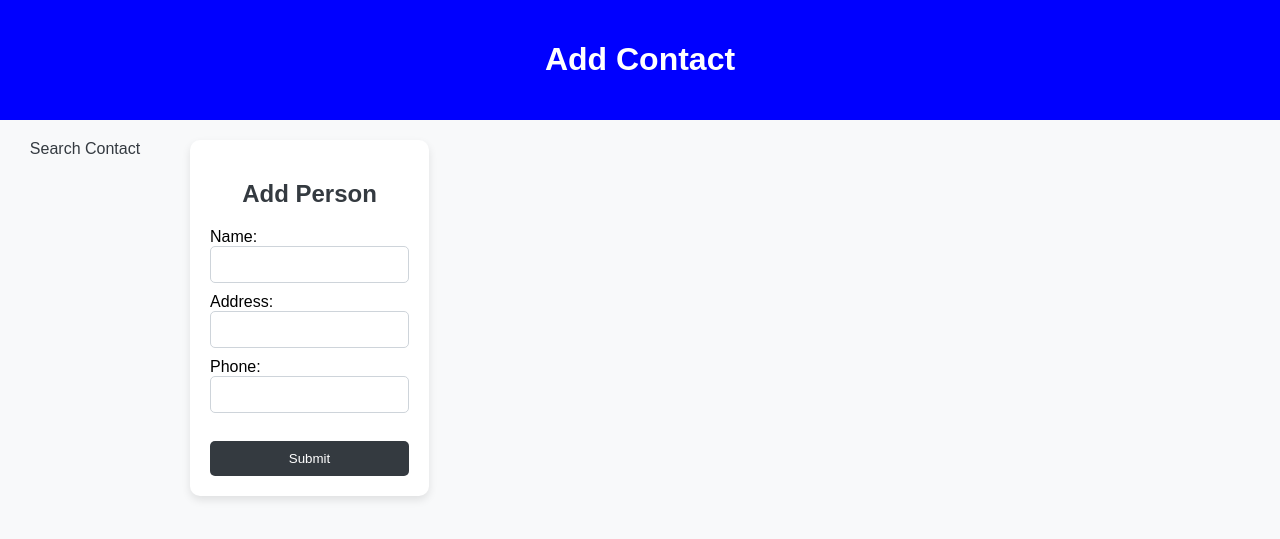
Repository: jonahnathan/techExercise
Page: webproject/src/main/webapp/simpleFormInsert.html
These files come from the project's save history. The page is drawn as it stood at one moment and after the next save; the edit follows.
The browser window is 1280 px wide. The pictures show the whole page.

Above is the page before, as saved 2024-03-28 22:37:13.

After the next save:
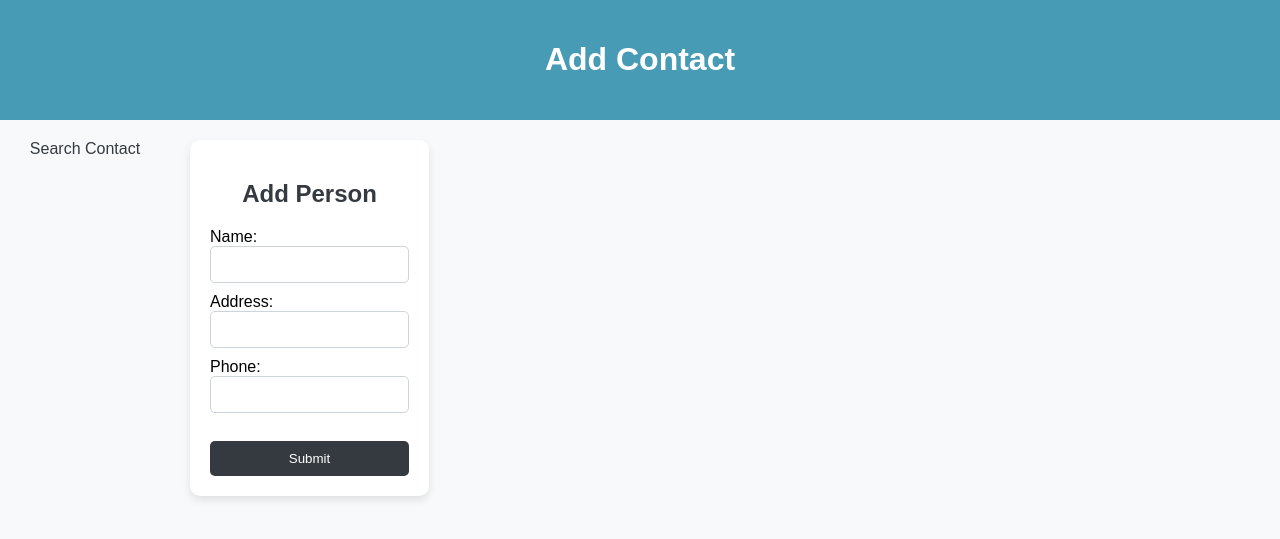
Saved 66 s later.
--- a/webproject/src/main/webapp/simpleFormInsert.html
+++ b/webproject/src/main/webapp/simpleFormInsert.html
@@ -13,7 +13,7 @@
         }
 
         header {
-            background-color: blue;
+            background-color: #489bb5;
             color: white;
             text-align: center;
             padding: 20px;
